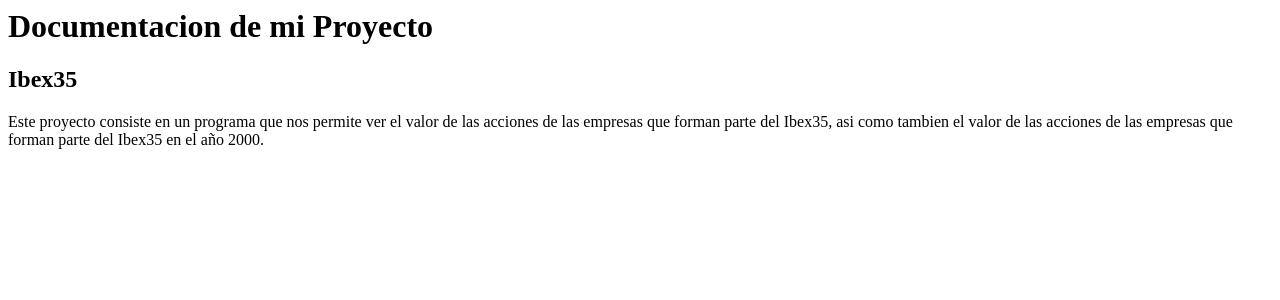
Repository: anderlss04/Reto_2_Evaluacion
Page: README.html
The author's editor kept a copy of each file at every save. The page is drawn from the files as they stood at one save, then again after a run of saves.
The browser window is 1280 px wide. The pictures show the whole page.

Above is the page before, as saved 2023-02-08 11:35:50.

After the next 5 saves:
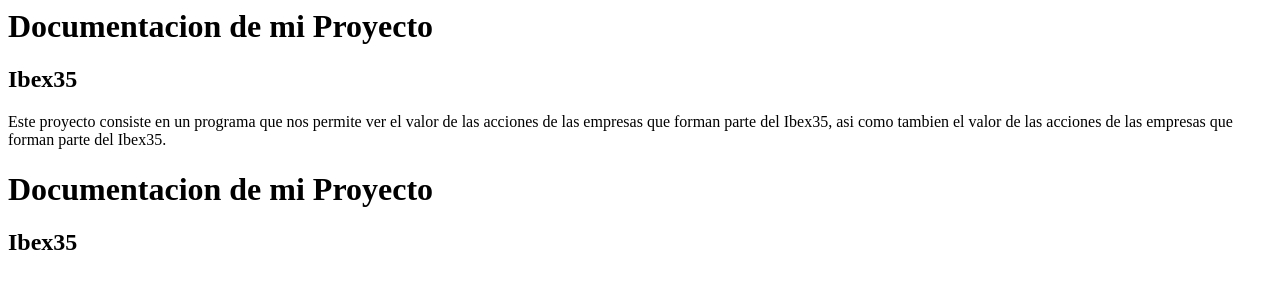
The 5 saves are shown as one change because they came seconds apart.
The last was saved 36 s later.
--- a/README.html
+++ b/README.html
@@ -1,3 +1,7 @@
 <h1>Documentacion de mi Proyecto</h1>
 <h2>Ibex35</h2>
-<p>Este proyecto consiste en un programa que nos permite ver el valor de las acciones de las empresas que forman parte del Ibex35, asi como tambien el valor de las acciones de las empresas que forman parte del Ibex35 en el año 2000.</p>
+<p>Este proyecto consiste en un programa que nos permite ver el valor de las acciones de las empresas que forman parte del Ibex35, asi como tambien el valor de las acciones de las empresas que forman parte del Ibex35.</p>
+
+<!-- Path: README.html -->
+<h1>Documentacion de mi Proyecto</h1>
+<h2>Ibex35</h2>
